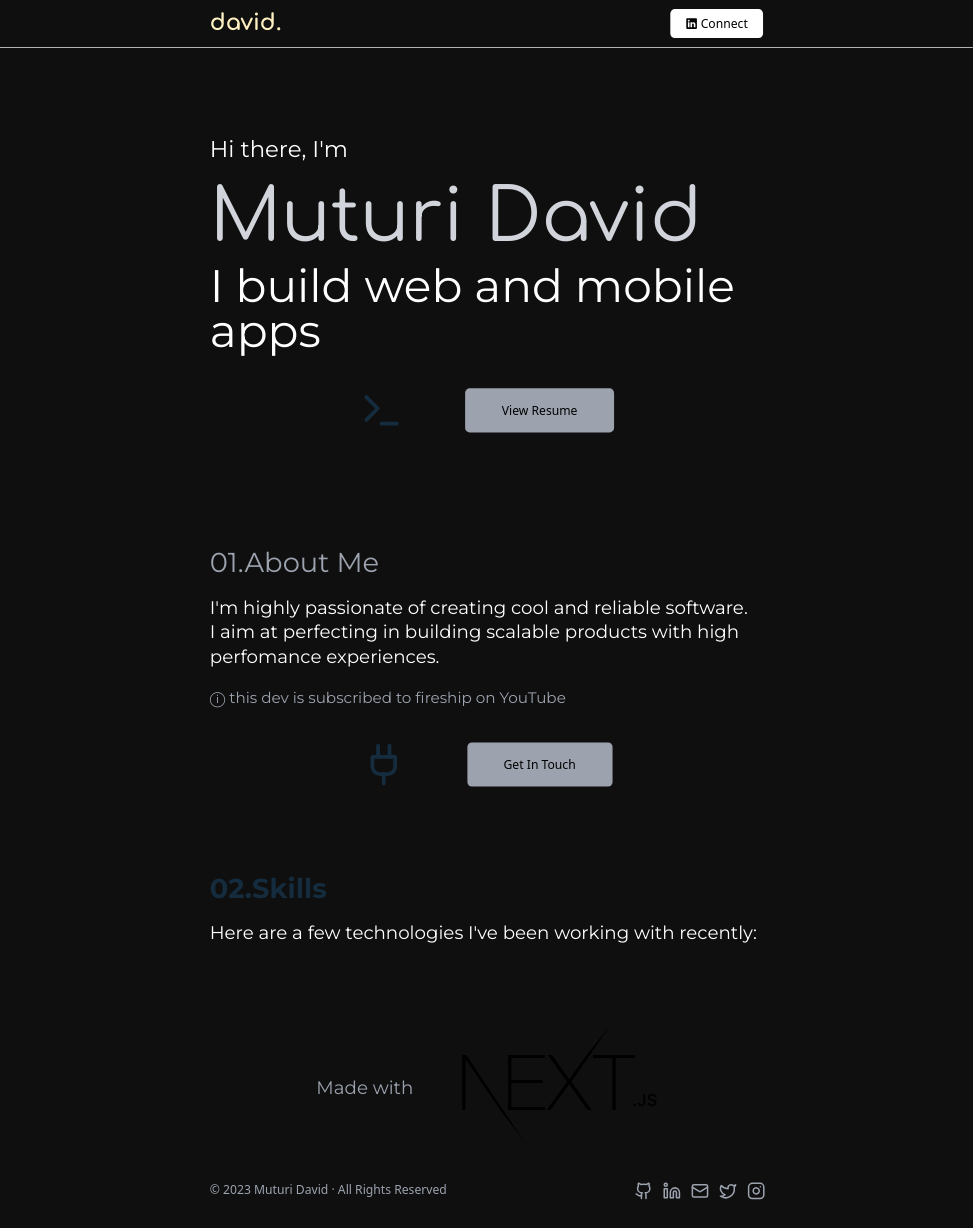
Repository: tushcmd/tushdev-portfolio
Page: /
An editor plug-in stored every save of this project. The page is shown before and after the next save, followed by the edit.
The browser window is 1280 px wide. The pictures show the whole page, at 76% of full size.
The project was rebuilt for these pictures with package versions that can differ from the ones it lists, and the page was loaded fresh each time. The framework's server and built-in components were replaced by stand-ins that run in the browser. Also part of the build but not shown: next.config.js.

Above is the page before, as saved 2023-12-16 02:12:56.

After the next save:
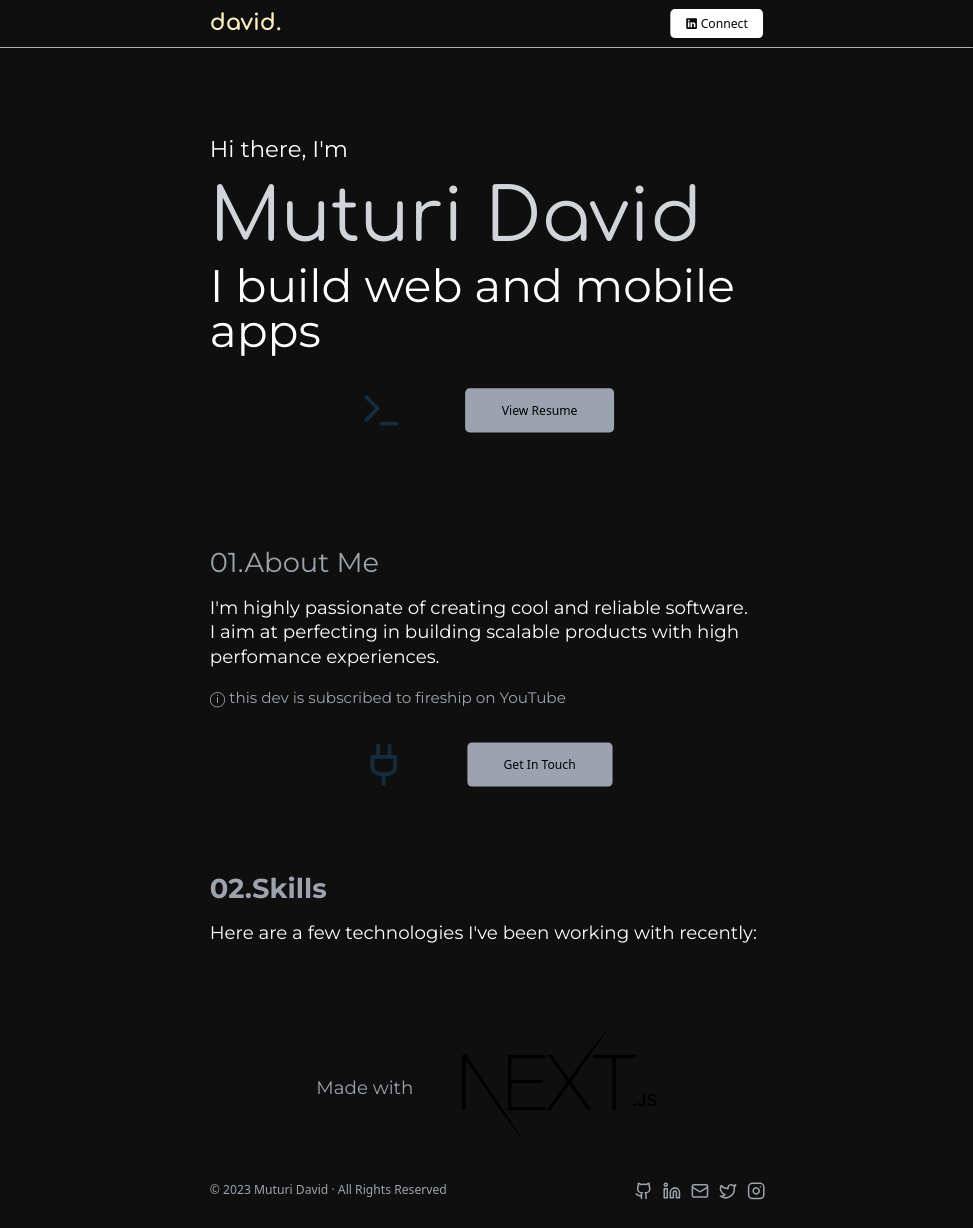
Saved 33 s later.
--- a/app/ui/skills.tsx
+++ b/app/ui/skills.tsx
@@ -5,7 +5,7 @@ export default async function About() {
     <section className='relative flex flex-col justify-center items-center pt-3'>
       <div className='flex items-start flex-col md:max-w-3xl py-10 w-full md:px-5 px-5 justify-between'>
         <h6
-          className={`${montserrat.className} text-[#142c3e] font-bold text-3xl md:text-4xl pb-6`}
+          className={`${montserrat.className} text-gray-400 font-bold text-3xl md:text-4xl pb-6`}
         >
           02.Skills
         </h6>
